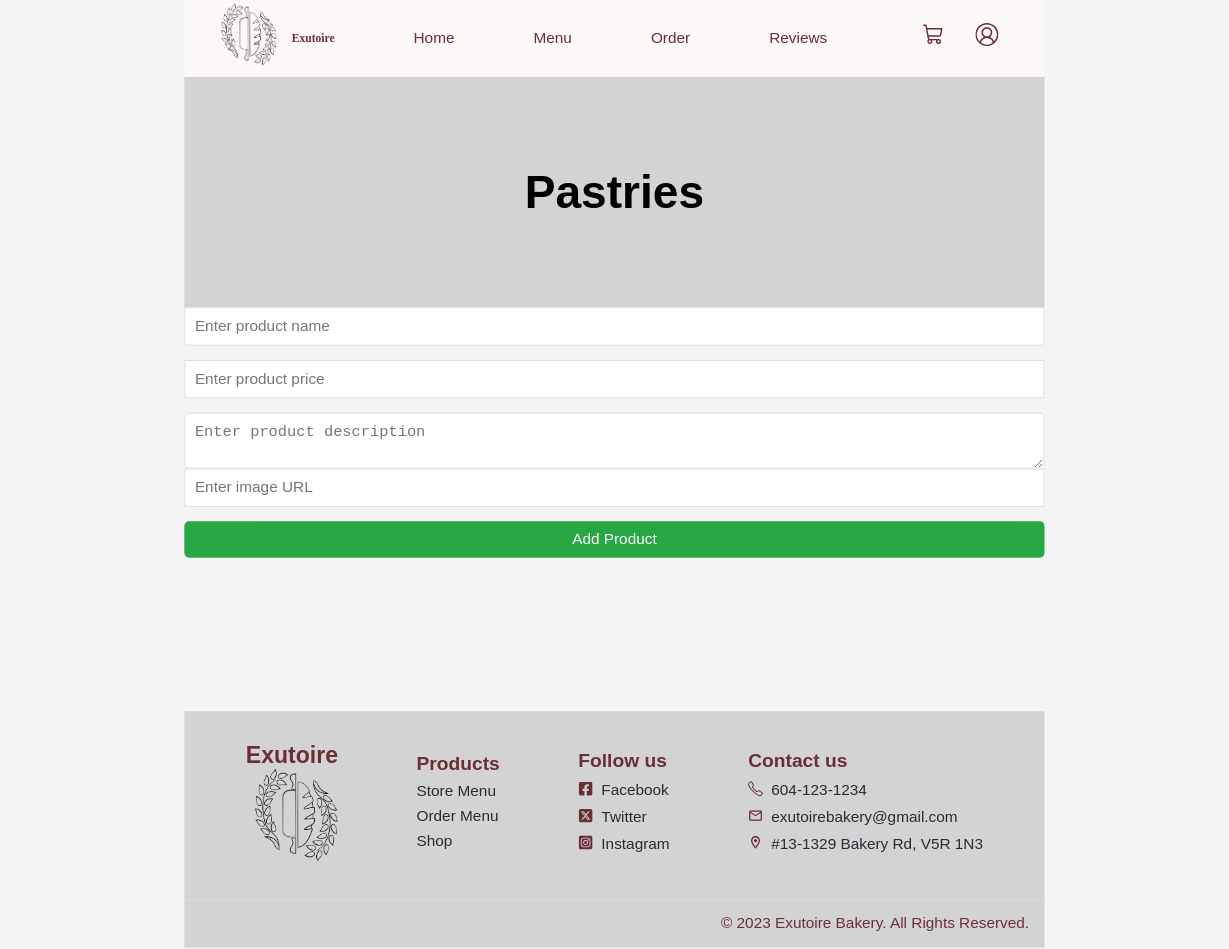
Repository: MelissaJacobi/COMP3170-final-proj
Page: /menu/pastries
These files come from the project's save history. The page is drawn as it stood at one moment and after the next save; the edit follows.
The browser window is 1280 px wide. The pictures show the whole page, at 96% of full size.
The project was rebuilt for these pictures with package versions that can differ from the ones it lists, and the page was loaded fresh each time. Also part of the build but not shown: vite.config.js, src/pages/ShoppingCart.module.css, src/components/ShoppingCartCard.module.css, src/components/ShoppingCartCard.jsx, src/components/OrderTotal.jsx, src/pages/ShoppingCart.jsx, src/pages/Profile.module.css, src/pages/Profile.jsx and 36 more.

Above is the page before, as saved 2024-11-09 23:08:35.

After the next save:
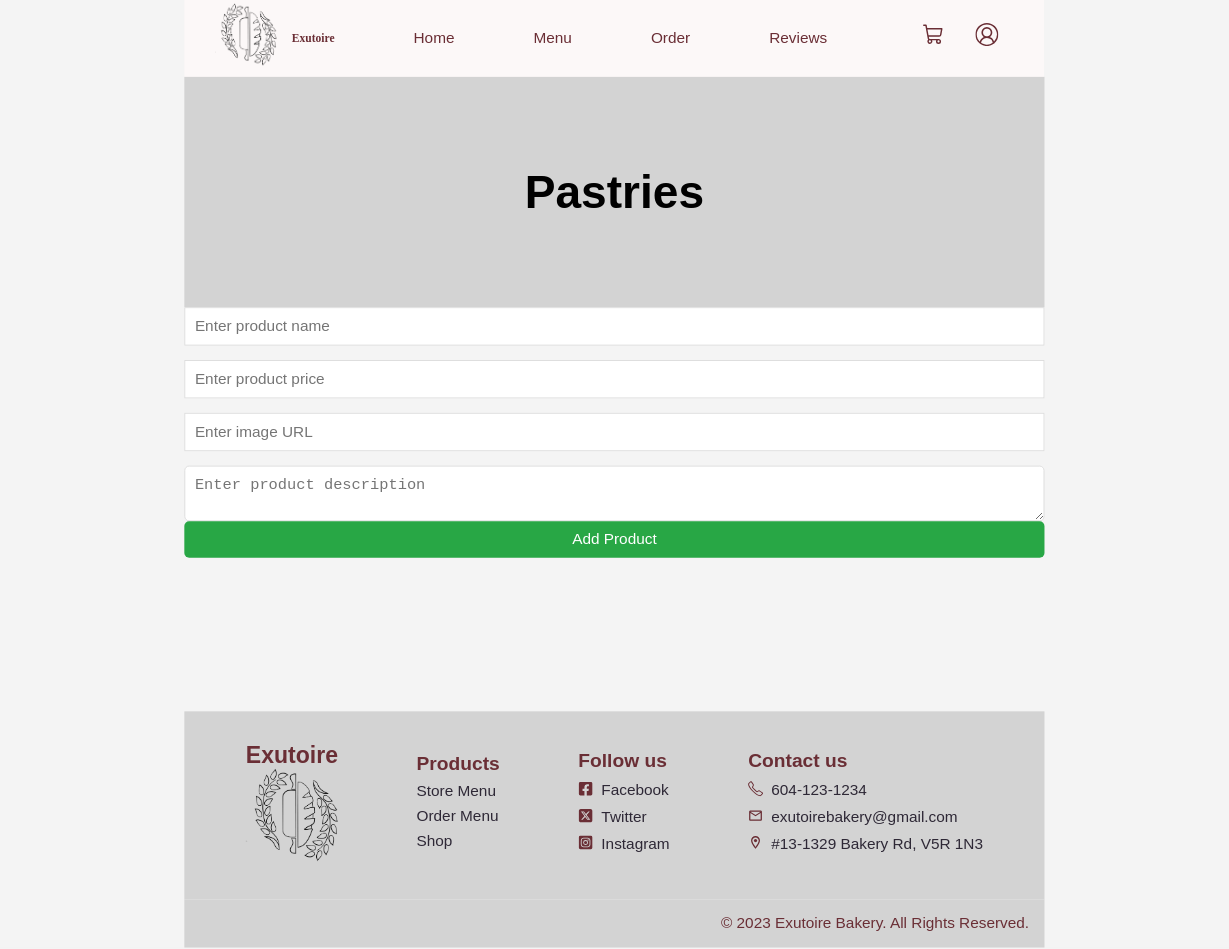
Saved 8 min 59 s later.
--- a/src/pages/Pastries.jsx
+++ b/src/pages/Pastries.jsx
@@ -49,17 +49,17 @@ export default function Pastries() {
           placeholder="Enter product price"
           className={styles.productInput}
         />
-        <textarea
-          value={productDescription}
-          onChange={(e) => setProductDescription(e.target.value)}
-          placeholder="Enter product description"
-          className={styles.productInput}
-        />
         <input
           type="text"
           value={productImageUrl}
           onChange={(e) => setProductImageUrl(e.target.value)}
           placeholder="Enter image URL"
+          className={styles.productInput}
+        />
+        <textarea
+          value={productDescription}
+          onChange={(e) => setProductDescription(e.target.value)}
+          placeholder="Enter product description"
           className={styles.productInput}
         />
         <button type="submit" className={styles.addButton}>Add Product</button>
